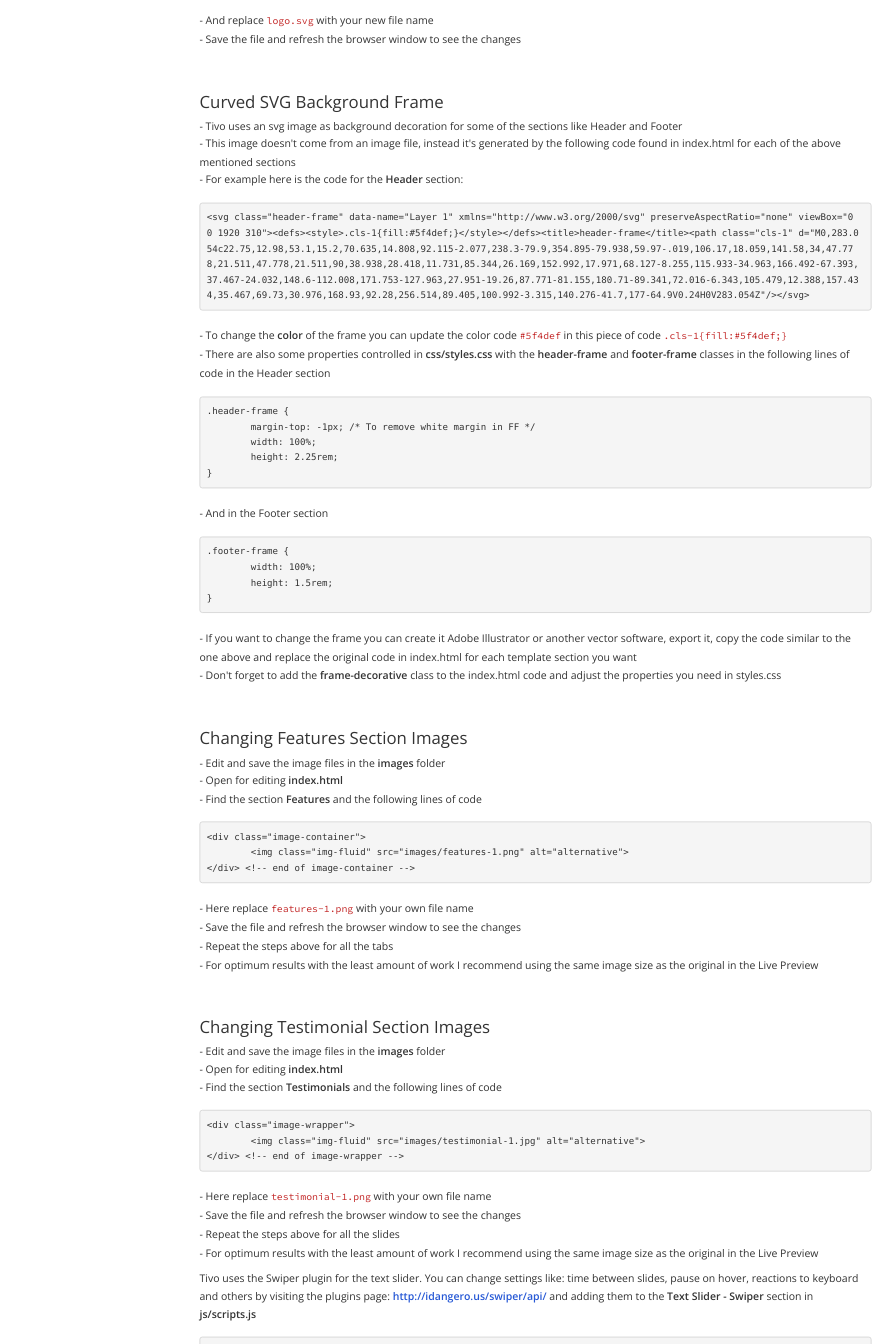
Repository: sibina-sto/tivo
Page: public/documentation/index.html
The author's editor kept a copy of each file at every save. The page is drawn from the files as they stood at one save, then again after the next save.
The browser window is 1280 px wide. The pictures show the part of the page from y = 2011 to 3931 px (the page is 6653 px tall before and 6678 px after), at 70% of full size.

Above is the page before, as saved 2023-04-29 20:35:15.

After the next save:
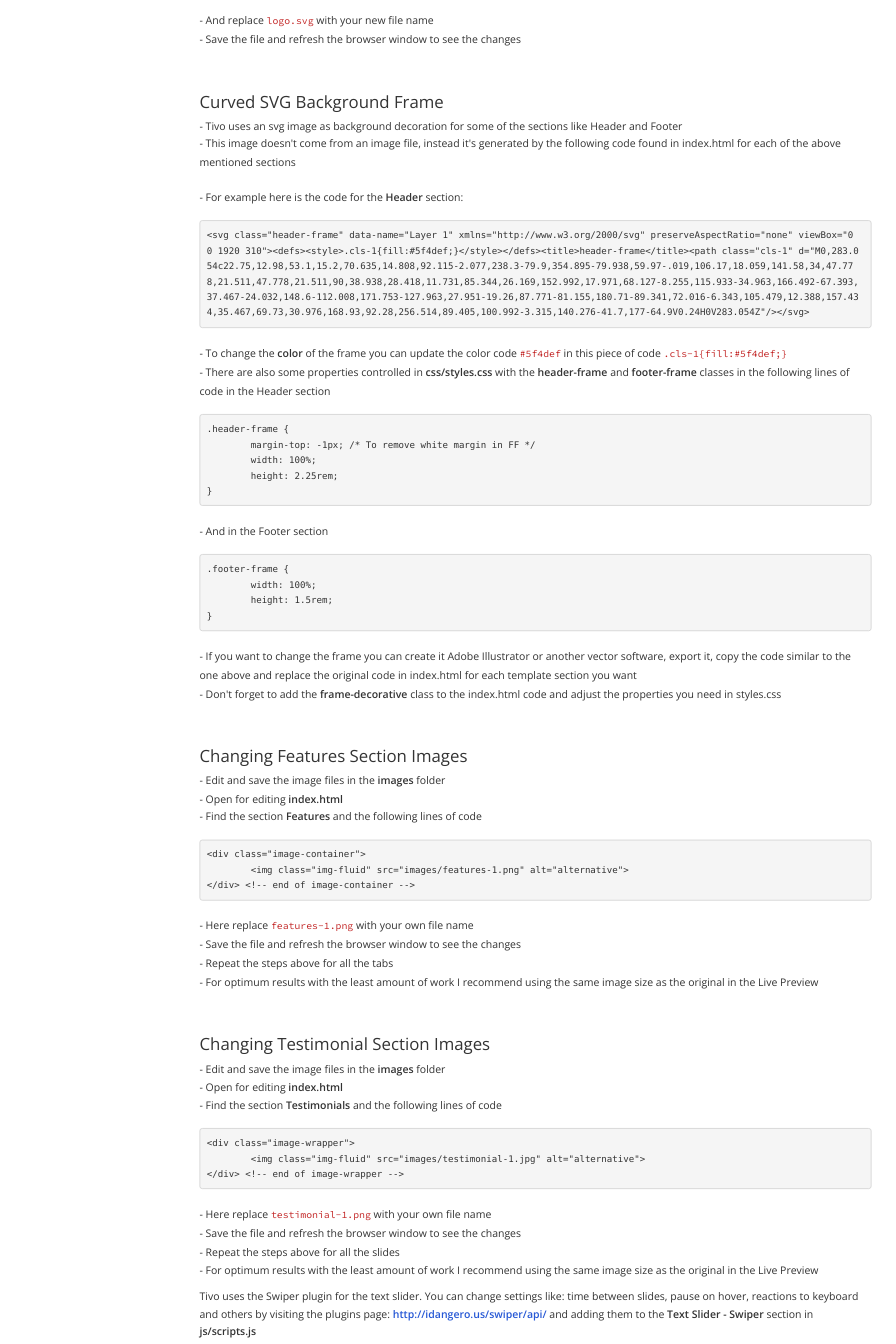
Saved 4 min 10 s later.
--- a/public/documentation/index.html
+++ b/public/documentation/index.html
@@ -139,7 +139,7 @@
 						<h3>Curved SVG Background Frame</h3>
 						<p>
 							- Tivo uses an svg image as background decoration for some of the sections like Header and Footer
-							<br>- This image doesn't come from an image file, instead it's generated by the following code found in index.html for each of the above mentioned sections</b>
+							<br>- This image doesn't come from an image file, instead it's generated by the following code found in index.html for each of the above mentioned sections</br>
 							<br>- For example here is the code for the <b>Header</b> section:
 <pre class="code-format">
 &lt;svg class=&quot;header-frame&quot; data-name=&quot;Layer 1&quot; xmlns=&quot;http://www.w3.org/2000/svg&quot; preserveAspectRatio=&quot;none&quot; viewBox=&quot;0 0 1920 310&quot;&gt;&lt;defs&gt;&lt;style&gt;.cls-1{fill:#5f4def;}&lt;/style&gt;&lt;/defs&gt;&lt;title&gt;header-frame&lt;/title&gt;&lt;path class=&quot;cls-1&quot; d=&quot;M0,283.054c22.75,12.98,53.1,15.2,70.635,14.808,92.115-2.077,238.3-79.9,354.895-79.938,59.97-.019,106.17,18.059,141.58,34,47.778,21.511,47.778,21.511,90,38.938,28.418,11.731,85.344,26.169,152.992,17.971,68.127-8.255,115.933-34.963,166.492-67.393,37.467-24.032,148.6-112.008,171.753-127.963,27.951-19.26,87.771-81.155,180.71-89.341,72.016-6.343,105.479,12.388,157.434,35.467,69.73,30.976,168.93,92.28,256.514,89.405,100.992-3.315,140.276-41.7,177-64.9V0.24H0V283.054Z&quot;/&gt;&lt;/svg&gt;

After the save that followed:
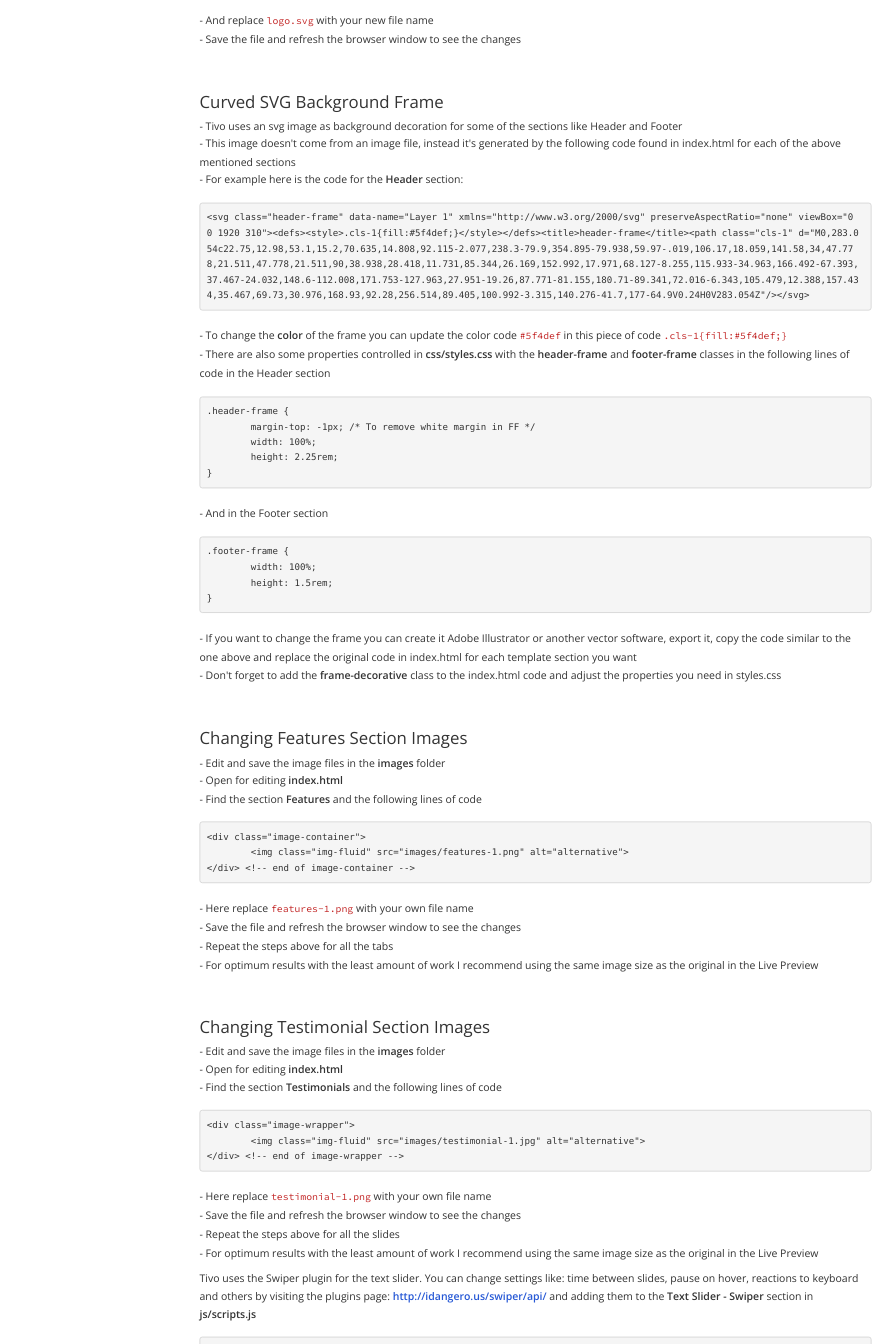
Saved 41 s later.
--- a/public/documentation/index.html
+++ b/public/documentation/index.html
@@ -139,7 +139,7 @@
 						<h3>Curved SVG Background Frame</h3>
 						<p>
 							- Tivo uses an svg image as background decoration for some of the sections like Header and Footer
-							<br>- This image doesn't come from an image file, instead it's generated by the following code found in index.html for each of the above mentioned sections</br>
+							<br>- This image doesn't come from an image file, instead it's generated by the following code found in index.html for each of the above mentioned sections</b>
 							<br>- For example here is the code for the <b>Header</b> section:
 <pre class="code-format">
 &lt;svg class=&quot;header-frame&quot; data-name=&quot;Layer 1&quot; xmlns=&quot;http://www.w3.org/2000/svg&quot; preserveAspectRatio=&quot;none&quot; viewBox=&quot;0 0 1920 310&quot;&gt;&lt;defs&gt;&lt;style&gt;.cls-1{fill:#5f4def;}&lt;/style&gt;&lt;/defs&gt;&lt;title&gt;header-frame&lt;/title&gt;&lt;path class=&quot;cls-1&quot; d=&quot;M0,283.054c22.75,12.98,53.1,15.2,70.635,14.808,92.115-2.077,238.3-79.9,354.895-79.938,59.97-.019,106.17,18.059,141.58,34,47.778,21.511,47.778,21.511,90,38.938,28.418,11.731,85.344,26.169,152.992,17.971,68.127-8.255,115.933-34.963,166.492-67.393,37.467-24.032,148.6-112.008,171.753-127.963,27.951-19.26,87.771-81.155,180.71-89.341,72.016-6.343,105.479,12.388,157.434,35.467,69.73,30.976,168.93,92.28,256.514,89.405,100.992-3.315,140.276-41.7,177-64.9V0.24H0V283.054Z&quot;/&gt;&lt;/svg&gt;
